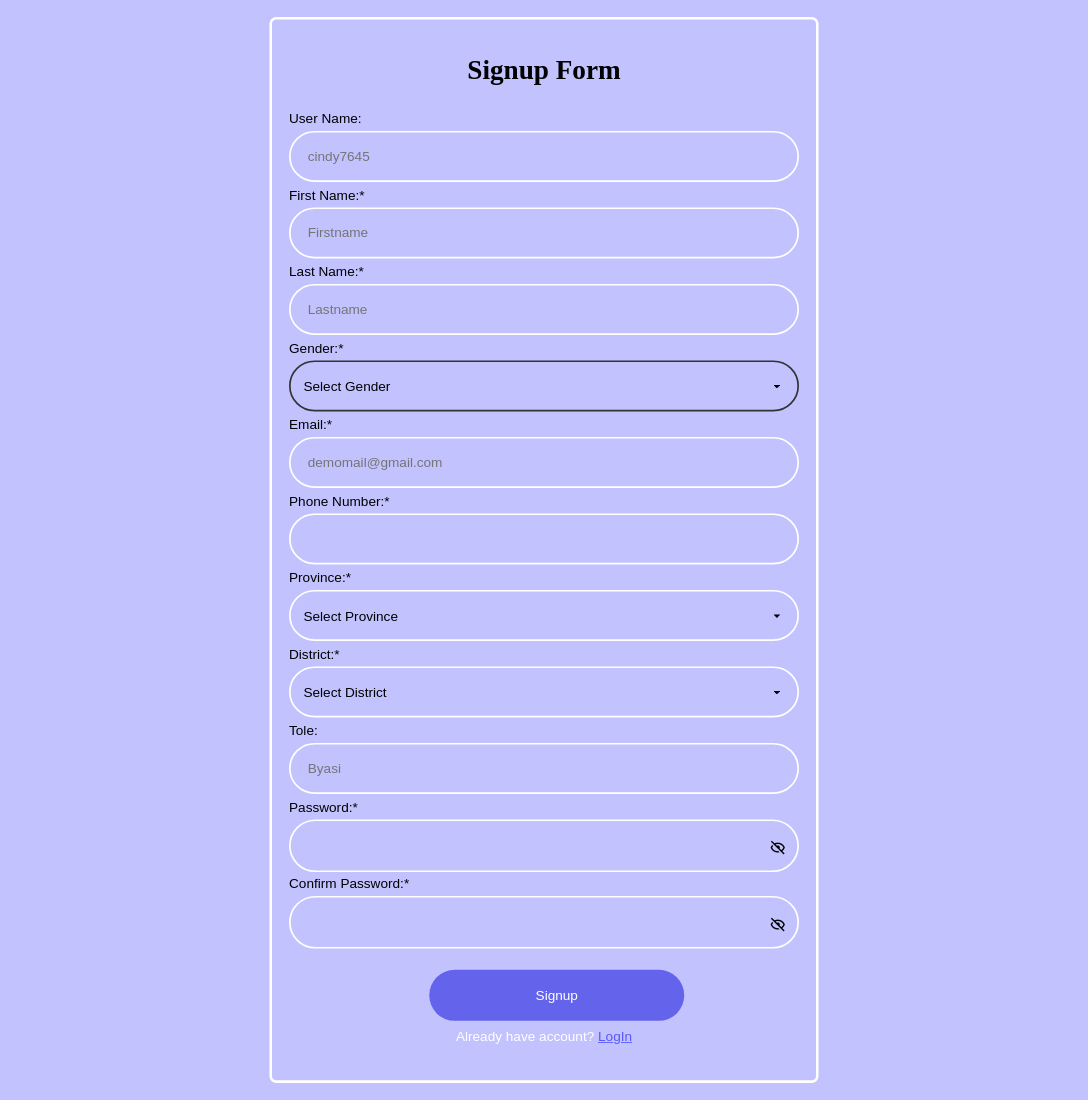
Repository: cindrellakoju/Animestore
Page: html css/signup.html
The author's editor kept a copy of each file at every save. The page is drawn from the files as they stood at one save, then again after the next save.
The browser window is 1280 px wide. The pictures show the whole page, at 85% of full size.
The pointer rests on the first visible `.custom-select`.

Above is the page before, as saved 2024-04-07 01:38:30.

### html css/signup.html
<!DOCTYPE html>
<html lang="en">
<head>
  <meta charset="UTF-8">
  <meta name="viewport" content="width=device-width, initial-scale=1.0">
  <title>Signup Page</title>
  <link href='https://unpkg.com/boxicons@2.1.4/css/boxicons.min.css' rel='stylesheet'>
  <link rel="stylesheet" href="signup.css">
</head>
<body>
  <div class="container">
    <h1>Signup Form</h1>
    <form>
      <div class="signupform">
        <label for="username">User Name:</label>
        <input type="text" id="username" name="username" placeholder="cindy7645">
      </div>
      <div class="signupform">
        <label for="firstname">First Name:<span class="required">*</span></label>
        <input type="text" id="firstname" name="firstname" placeholder="Firstname">
      </div>
      <div class="signupform">
        <label for="lastname">Last Name:<span class="required">*</span></label>
        <input type="text" id="lastname" name="lastname" placeholder="Lastname" required>
      </div>
      <div class="signupform">
        <label for="gender">Gender:<span class="required">*</span></label>
        <div class="custom-select">
            <select id="gender" name="gender" required>
                <option value="">Select Gender</option>
                <option value="male">Male</option>
                <option value="female">Female</option>
                <option value="other">Other</option>
            </select>
        </div>
    </div>

      <div class="signupform">
        <label for="email">Email:<span class="required">*</span></label>
        <input type="email" id="email" name="email" placeholder="demomail@gmail.com" required>
      </div>
      <div class="signupform">
        <label for="phone">Phone Number:<span class="required">*</span></label>
        <input type="text" id="phone" name="phone" required>
      </div>
      <div class="signupform">
        <label for="province">Province:<span class="required">*</span></label>
        <div class="custom-select">
          <select id="province" name="province" onchange="populateDistricts()" required>
            <option value="">Select Province</option>
            <option value="1">Province 1</option>
            <option value="2">Province 2</option>
            <option value="3">Bagmati Province</option>
            <option value="4">Gandaki Province</option>
            <option value="5">Lumbini Province</option>
            <option value="6">Karnali Province</option>
            <option value="7">Sudurpashchim Province</option>
          </select>
        </div>
      </div>
      <div class="signupform">
        <label for="district">District:<span class="required">*</span></label>
        <div class="custom-select">
            <select id="district" name="district" required>
                <option value="">Select District</option>
            </select>
        </div>
      </div>

      <div class="signupform">
        <label for="tole">Tole:</label>
        <input type="text" id="tole" name="tole" placeholder="Byasi" required>
      </div>
      <div class="signupform">
        <label for="password">Password:<span class="required">*</span></label>
        <div class="password-input-container">
            <input type="password" spellcheck="false" id="password" name="password" required>
            <i class='bx bx-hide toggle' id="passwordToggle"></i>
        </div>
    </div>

    <div class="signupform">
        <label for="confirmpassword">Confirm Password:<span class="required">*</span></label>
        <div class="password-input-container">
            <input type="password" spellcheck="false" id="confirmpassword" name="confirmpassword" required>
            <i class='bx bx-hide toggle' id="confirmPasswordToggle"></i>
        </div>
    </div>

      <div class="signupform">
        <button type="submit">Signup</button>
      </div>
    <h4>Already have account?  <a href="login.html">LogIn</a></h4>
    </form>
  </div>
  <script>
    function populateDistricts() {
      var provinceSelect = document.getElementById("province");
      var districtSelect = document.getElementById("district");

      // Clear existing options
      districtSelect.innerHTML = "";

      // Add default option
      var defaultOption = document.createElement("option");
      defaultOption.text = "Select District";
      districtSelect.add(defaultOption);

      // Get selected province
      var selectedProvince = provinceSelect.value;

      // Add districts based on selected province
      switch (selectedProvince) {
        case "1":
          addDistrict("Bhojpur");
          addDistrict("Dhankuta");
          addDistrict("Ilam");
          addDistrict("Jhapa");
          addDistrict("Khotang");
          break;
        case "2":
          addDistrict("Saptari");
          addDistrict("Siraha");
          addDistrict("Dhanusha");
          addDistrict("Mahottari");
          addDistrict("Sarlahi");
          break;
        case "3":
          addDistrict("Kathmandu");
          addDistrict("Lalitpur");
          addDistrict("Bhaktapur");
          addDistrict("Kavrepalanchok");
          addDistrict("Nuwakot");
          break;
        case "4":
          addDistrict("Gorkha");
          addDistrict("Lamjung");
          addDistrict("Tanahun");
          addDistrict("Manang");
          addDistrict("Mustang");
          break;
        case "5":
          addDistrict("Rupandehi");
          addDistrict("Kapilvastu");
          addDistrict("Nawalparasi");
          addDistrict("Arghakhanchi");
          addDistrict("Gulmi");
          break;
        case "6":
          addDistrict("Jumla");
          addDistrict("Kalikot");
          addDistrict("Surkhet");
          addDistrict("Dailekh");
          addDistrict("Jajarkot");
          break;
        case "7":
          addDistrict("Kailali");
          addDistrict("Kanchanpur");
          addDistrict("Dadeldhura");
          addDistrict("Darchula");
          addDistrict("Baitadi");
          break;
        default:
          break;
      }
    }

    function addDistrict(districtName) {
      var districtSelect = document.getElementById("district");
      var option = document.createElement("option");
      option.text = districtName;
      districtSelect.add(option);
    }

    document.addEventListener("DOMContentLoaded", function() {
    const passwordToggle = document.getElementById("passwordToggle");
    const confirmPasswordToggle = document.getElementById("confirmPasswordToggle");
    const passwordInput = document.getElementById("password");
    const confirmPasswordInput = document.getElementById("confirmpassword");

    passwordToggle.addEventListener("click", () => {
        if (passwordInput.type === "password") {
            passwordInput.type = "text";
            passwordToggle.classList.replace("bx-hide", "bx-show");
        } else {
            passwordInput.type = "password";
            passwordToggle.classList.replace("bx-show", "bx-hide");
        }
    });

    confirmPasswordToggle.addEventListener("click", () => {
        if (confirmPasswordInput.type === "password") {
            confirmPasswordInput.type = "text";
            confirmPasswordToggle.classList.replace("bx-hide", "bx-show");
        } else {
            confirmPasswordInput.type = "password";
            confirmPasswordToggle.classList.replace("bx-show", "bx-hide");
        }
      });
    });


  </script>
</body>
</html>

### html css/signup.css
/* General Styles */
body {
    font-family: Arial, sans-serif;
    margin: 0;
    padding: 20px;
    /* background-color: #f4f4f4; */
    min-height: 100vh;
    background-color: rgb(194, 194, 255);
  }

  .container {
    max-width: 600px;
    margin: 0 auto;
    /* background: #fff; */
    padding: 20px;
    border-radius: 8px;
    /* box-shadow: 0 2px 5px rgba(0, 0, 0, 0.1); */
    border: 3px solid white ;
  }

  h1 {
    font-size: 36;
    text-align: center;
    font-family: 'Times New Roman', Times, serif;
  }

  .signupform {
  position: relative;
  width: 100%;
  height: 60px;
  margin: 30px 0;
  justify-content: center;
  }

  label {
    display: block;
    margin-bottom: 5px;
    position: relative;
  }
  .label-text {
      display: inline-block;
  }

  .label-text .required {
  color: red;
  font-weight: bold;
  margin-left: 5px;
  }

  input[type="text"],
  input[type="email"],
  select,
  input[type="password"] {
  width: 100%;
  padding: 20px 45px 20px 20px;
  height: 100%;
  border: none;
  outline: none;
  background: transparent ;
  border: 2px solid white;
  font-size: 16px;
  border-radius: 40px;
  box-sizing: border-box;
  }
  /* Dark border and label color on hover */
  .signupform input:hover,
  .signupform input:focus {
  border-color: white; /* Dark border color on hover and focus */
  }

  /* Default styling for select box */
  .custom-select {
    position: relative;
    width: 100%;
    height: 100%;
  }

  .custom-select select {
    appearance: none; /* Remove default arrow in Firefox */
    -webkit-appearance: none; /* Remove default arrow in WebKit/Blink */
    -moz-appearance: none; /* Remove default arrow in older Firefox */
    padding: 15px; /* Adjust as needed */
    border: 2px solid white;
    border-radius: 40px;
    background-color: transparent;
    cursor: pointer;
    width: 100%;
    font-size: 16px;
    box-sizing: border-box;
    outline: none; /* Remove focus outline */
    /* Use a custom arrow as background */
    background-image: url('data:[embedded picture, 163 characters]');
    background-repeat: no-repeat;
    background-position: calc(100% - 20px) center; /* Move arrow to the right */
    padding-right: 25px; /* Space for arrow */
  }

  /* Hover effect for custom arrow */
  .custom-select:hover select {
    border-color: #333; /* Change border color on hover */
  }

  /* Additional styles for select box */
  .custom-select select:focus {
    border-color: #333; /* Change border color on focus */
  }

  .custom-select select:disabled {
    opacity: 0.5; /* Dim select box when disabled */
    pointer-events: none;
  }

  .password-input-container {
    position: relative;
  }


  .password-input-container i{
    position: absolute;
    top: 295%;
    right: 5px;
    left: 15px;
    transform: translateY(-50%);
    cursor: pointer;
    font-size: 20px;
    margin-left: 550px;
    margin-top: -150px;
  }

  button[type="submit"] {
    background-color: rgba(55, 55, 228, 0.678);
    color: white;
    width: 50%;
    height: 100%;
    padding: 10px 20px;
    border: none;
    border-radius: 40px;
    cursor: pointer;
    font-size: 16px;
    margin-top: 20px;
    margin-left: 165px;
  }

  button[type="submit"]:hover {
    background-color: rgb(33, 33, 232);
    text-decoration: underline;
  }

  h4{
    color: white;
    font-weight: 500;
    text-align: center;
    margin-top: 20px;
    /* margin-left: 185px; */
  }

  h4 a{
    color: rgb(88, 88, 255);
  }

  h4 a:hover{
    color: rgb(35, 35, 251);
  }
  /* Icon ko milako */
  .icon-box {
    display: flex;
    flex-direction: column;
  }

  /* Tooltip */
  .tooltip {
    position: absolute;
    top: 50%;
    right: calc(100% + 10px);
    transform: translateY(-50%);
    background-color: #333;
    color: white;
    padding: 5px 10px;
    border-radius: 5px;
    opacity: 0;
    transition: opacity 0.3s ease;
    pointer-events: none;
  }

After the next save:
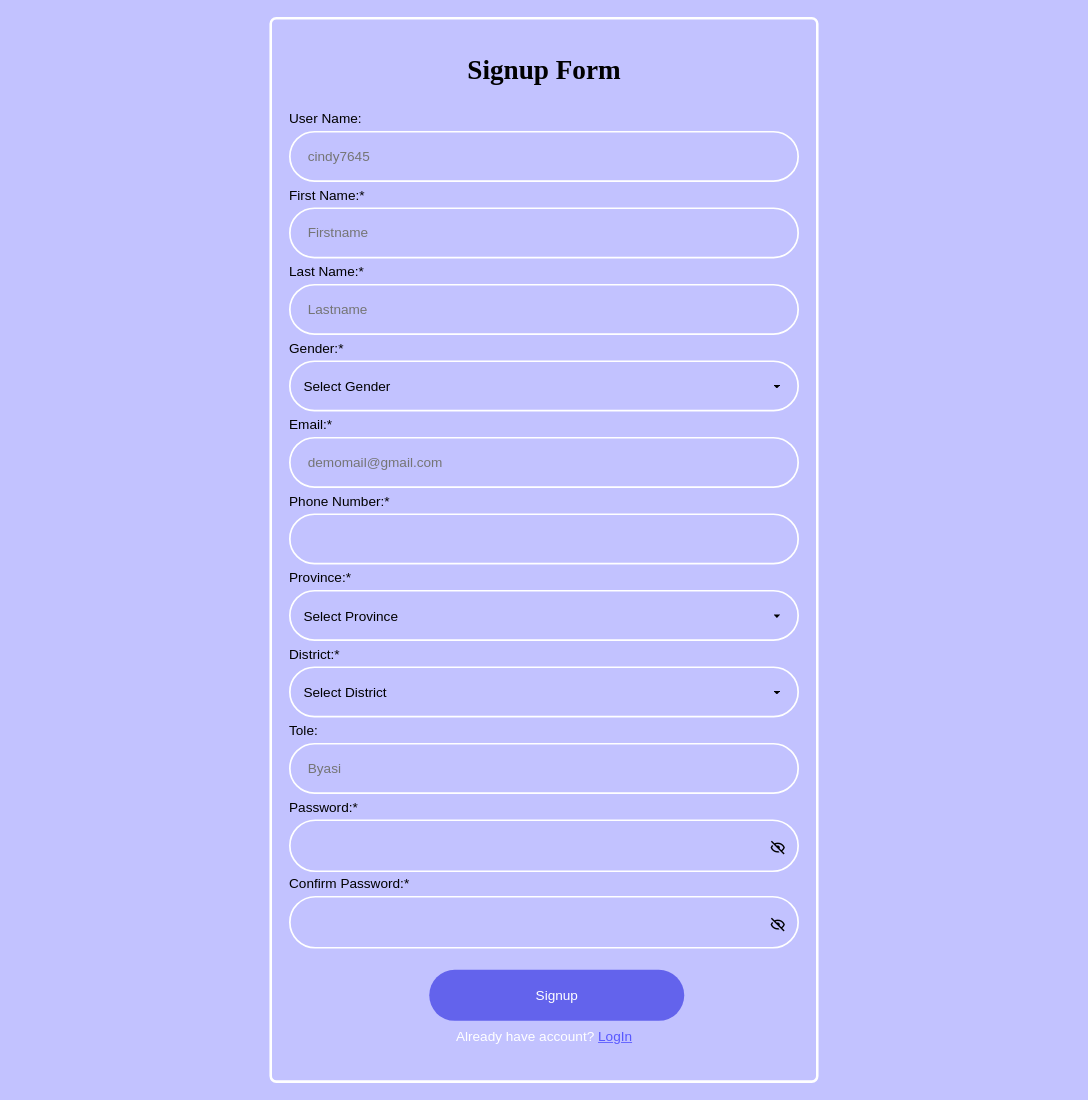
Saved 11 s later.
--- a/html css/signup.css
+++ b/html css/signup.css
@@ -97,7 +97,7 @@
 
   /* Hover effect for custom arrow */
   .custom-select:hover select {
-    border-color: #333; /* Change border color on hover */
+    border-color: white; /* Change border color on hover */
   }
 
   /* Additional styles for select box */
